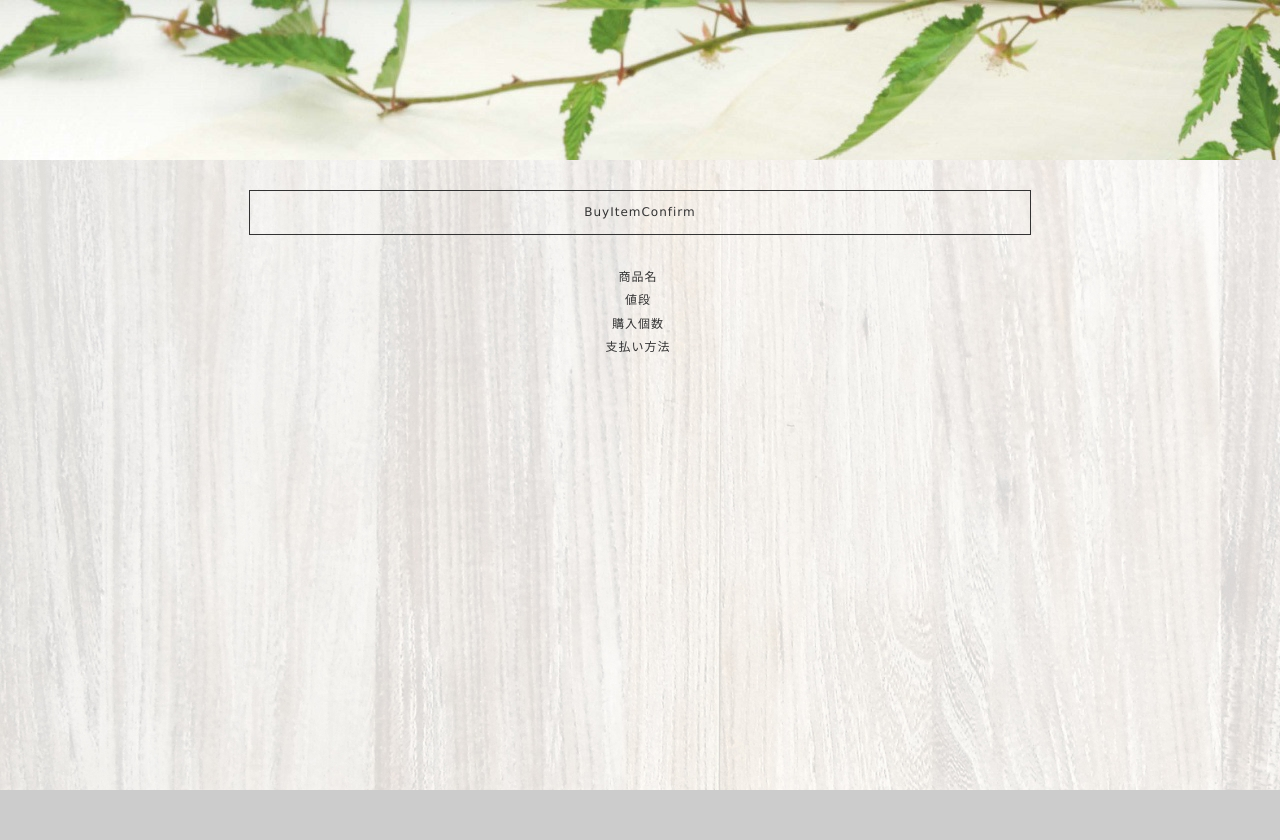
Repository: hiranatsu/ECtest
Page: http://localhost/myecsite01/buyItemConfirm.jsp
The author's editor kept a copy of each file at every save. The page is drawn from the files as they stood at one save, then again after the next save.
The browser window is 1280 px wide. The pictures show the whole page.
Some web libraries are served in a nearby version. The page is served by Tomcat 9. Other server files are loaded and not shown.

Above is the page before, as saved 2018-09-19 08:40:06.

### myecsite01/WebContent/buyItemConfirm.jsp
<%@ page language="java" contentType="text/html; charset=UTF-8"
    pageEncoding="UTF-8"%>
<%@ taglib prefix="s" uri="/struts-tags" %>
<!DOCTYPE html>
<html>
<head>

	<meta http-equiv="Content-Type" content="text/html; charset=UTF-8"/>
	<meta http-equiv="Content-Style-Type" content="text/css"/>
	<meta http-equiv="Content-Script-Type" content="text/javascript"/>
	<meta http-equiv="itemtoolbar" content="no"/>
	<meta name="description" content=""/>
	<meta name="keywords" content=""/>
	<script src="http://ajax.googleapis.com/ajax/libs/jquery/1.9.1/jquery.min.js"></script>
	<title>BuyItemConfirm画面</title>

	<style type="text/css">
	body{
	margin:0;
	padding:0;
	line-height:1.6;
	letter-spacing:1px;
	font-family:Verdana,Helvetica,sans-serif;
	font-size:12px;
	color:#333;
	background-image:url("haikei1.jpg");
	}

	table{
	text-align:center;
	margin: 0 auto;
	}

	#top{
	width:780px;
	margin:30px auto;
	border:1px solid #333;
	}

	#header{
	height:100px;
	padding:30px;
	background-image:url("ocha.jpg");
	background size:cover;
	text-align:center;
	}

	#main{
	width:100%;
	height:600px;
	text-align:center;
	}
	#footer{
	width:100%;
	height:50px;
	background-color:#CCCCCC;
	clear:both;
	}
	</style>
	<script type="text/javascript">
		function submitAction(url){
			$('form').attr('action',url);
			$('form').submit();
		}
	</script>


</head>
<body>
	<div id="header">
		<div id="pr"></div>
	</div>
	<div id="main">
		<div id="top">
			<p>BuyItemConfirm</p>
		</div>
		<div>
			<s:form>
				<tr>
					<td>商品名</td>
					<td><s:property value="session.total_price"/><span></span></td>
				</tr>
				<tr>
					<td>値段</td>
					<td><s:property value="session.total_price"/><span></span></td>
				</tr>
				<tr>
					<td>購入個数</td>
					<td><s:property value="session.total_price"/><span></span></td>
				</tr>
				<tr>
					<td>支払い方法</td>
					<td><s:property value="session.total_price"/><span></span></td>
				</tr>
			</s:form>
		</div>

	</div>
	<div id="footer">
		<div id="pr"></div>
	</div>

</body>
</html>

After the next save:
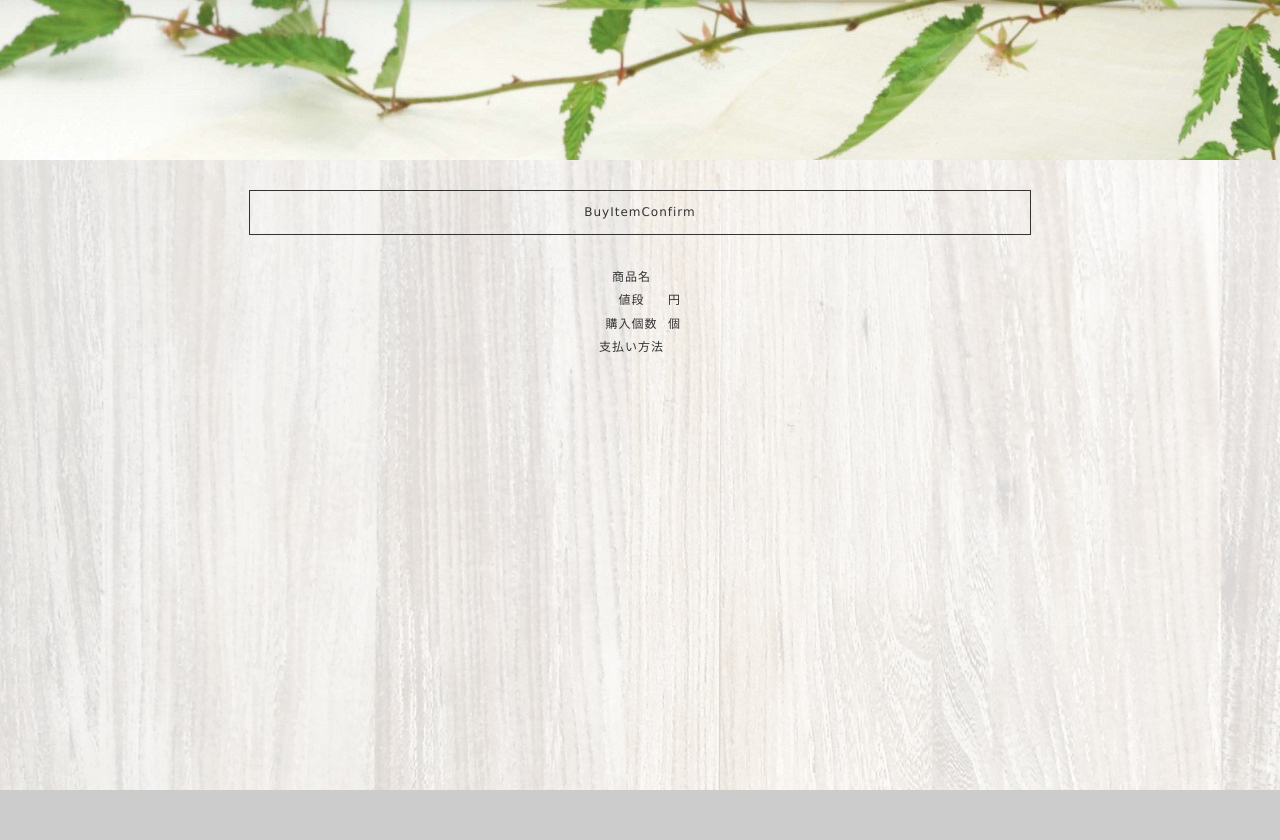
Saved 39 s later.
--- a/myecsite01/WebContent/buyItemConfirm.jsp
+++ b/myecsite01/WebContent/buyItemConfirm.jsp
@@ -78,15 +78,15 @@
 			<s:form>
 				<tr>
 					<td>商品名</td>
-					<td><s:property value="session.total_price"/><span></span></td>
+					<td><s:property value="session.buyItem_name"/></td>
 				</tr>
 				<tr>
 					<td>値段</td>
-					<td><s:property value="session.total_price"/><span></span></td>
+					<td><s:property value="session.total_price"/><span>円</span></td>
 				</tr>
 				<tr>
 					<td>購入個数</td>
-					<td><s:property value="session.total_price"/><span></span></td>
+					<td><s:property value="session.count"/><span>個</span></td>
 				</tr>
 				<tr>
 					<td>支払い方法</td>
